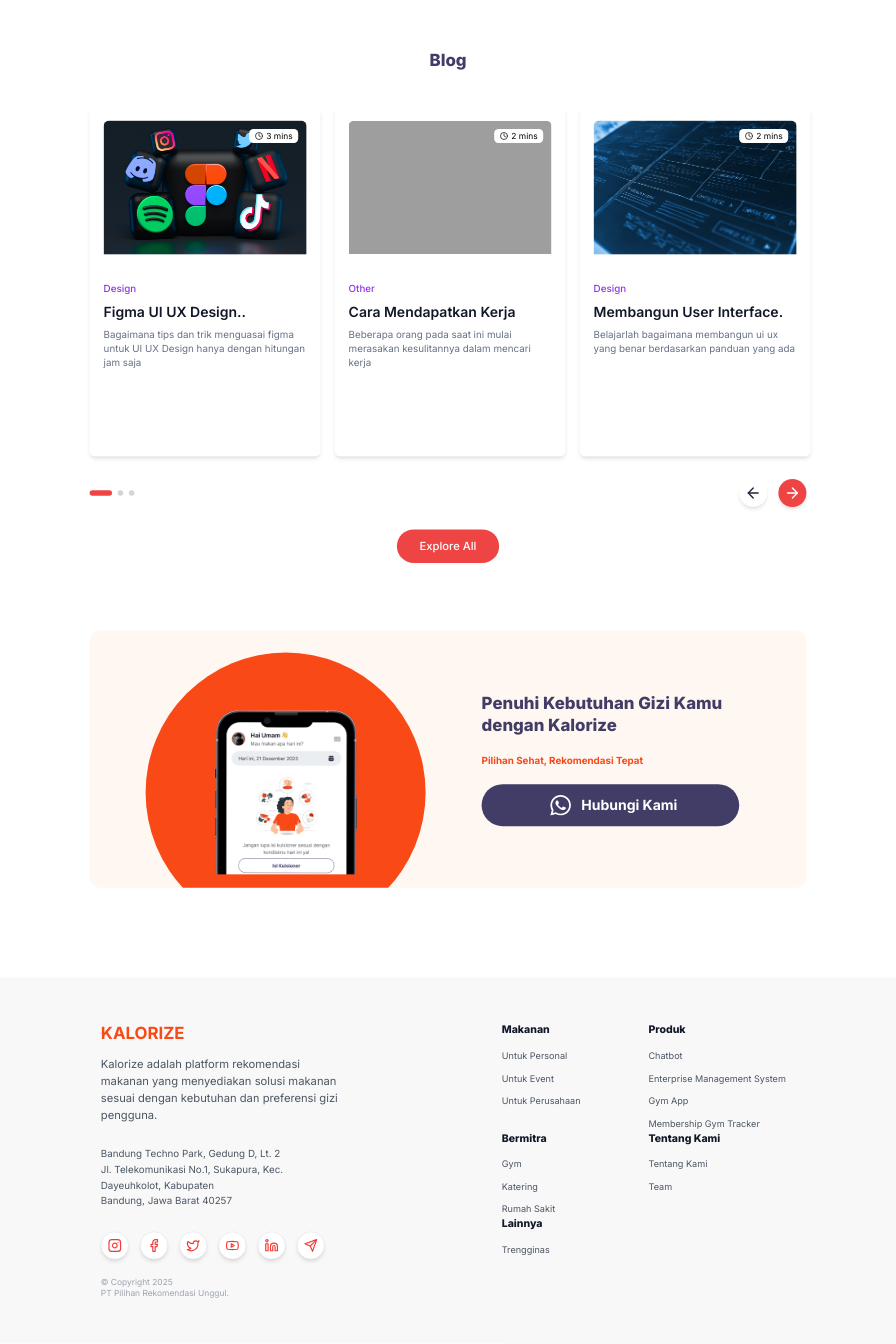
Repository: kalorizeofficial/new-main-web-kalorize
Page: /
These files come from the project's save history. The page is drawn as it stood at one moment and after the next save; the edit follows.
The browser window is 1280 px wide. The pictures show the part of the page from y = 1095 to 3015 px (the page is 3015 px tall), at 70% of full size.
Pictures or frames that could not be fetched are drawn as grey boxes. The project was rebuilt for these pictures with package versions that can differ from the ones it lists, and the page was loaded fresh each time.

Above is the page before, as saved 2025-03-01 01:49:05.

After the next save:
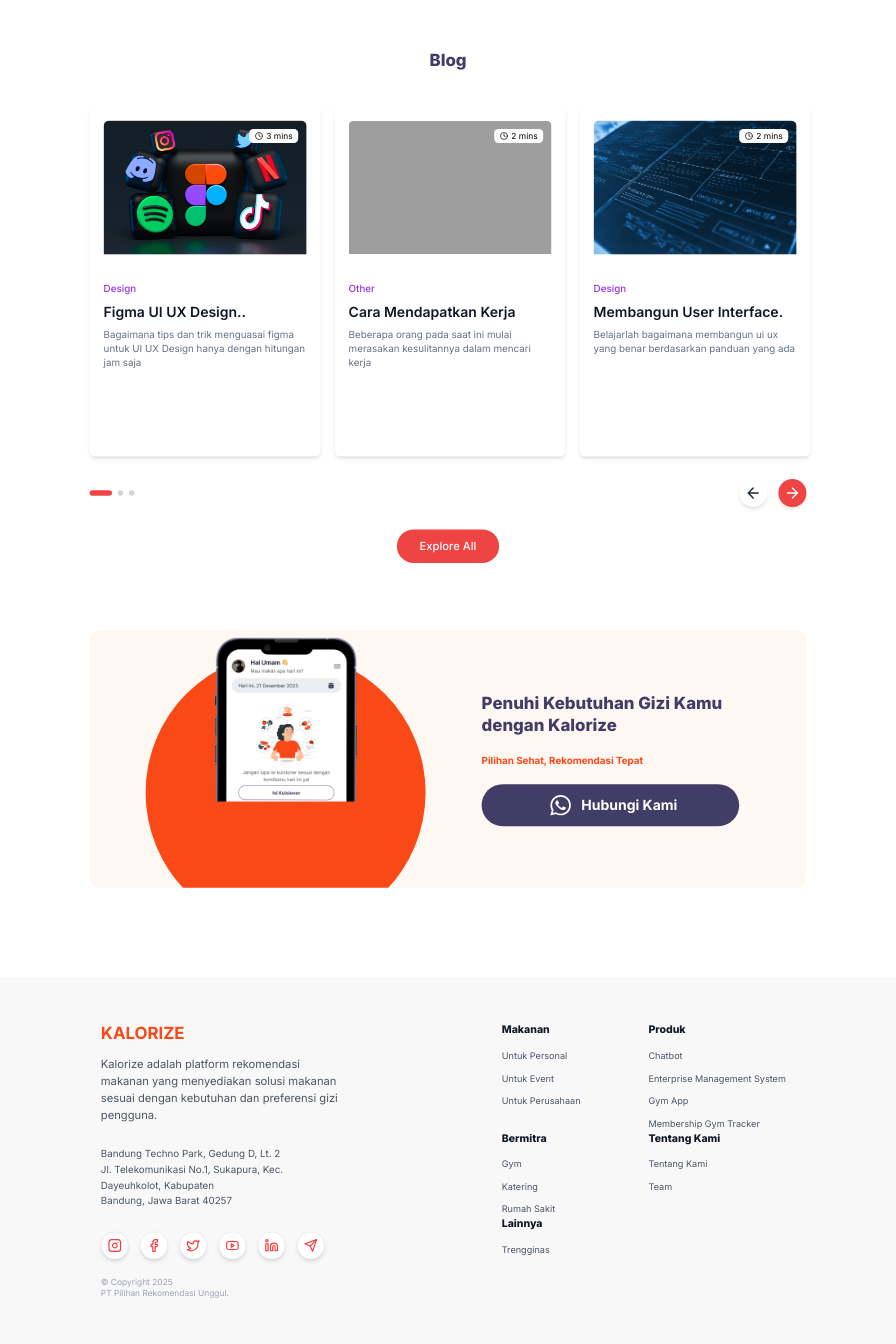
Saved 31 s later.
--- a/src/pages/contact.jsx
+++ b/src/pages/contact.jsx
@@ -15,7 +15,7 @@
               <img
                 src="/phone.png" // Replace with your actual image path
                 alt="Kalorize App"
-                className="absolute top-1/2 left-1/2 transform -translate-x-1/2 -translate-y-1/2 w-[187px] md:w-[204px]"
+                className="absolute top-24 left-1/2 transform -translate-x-1/2 -translate-y-1/2 w-[187px] md:w-[204px]"
               />
             </div>
 
